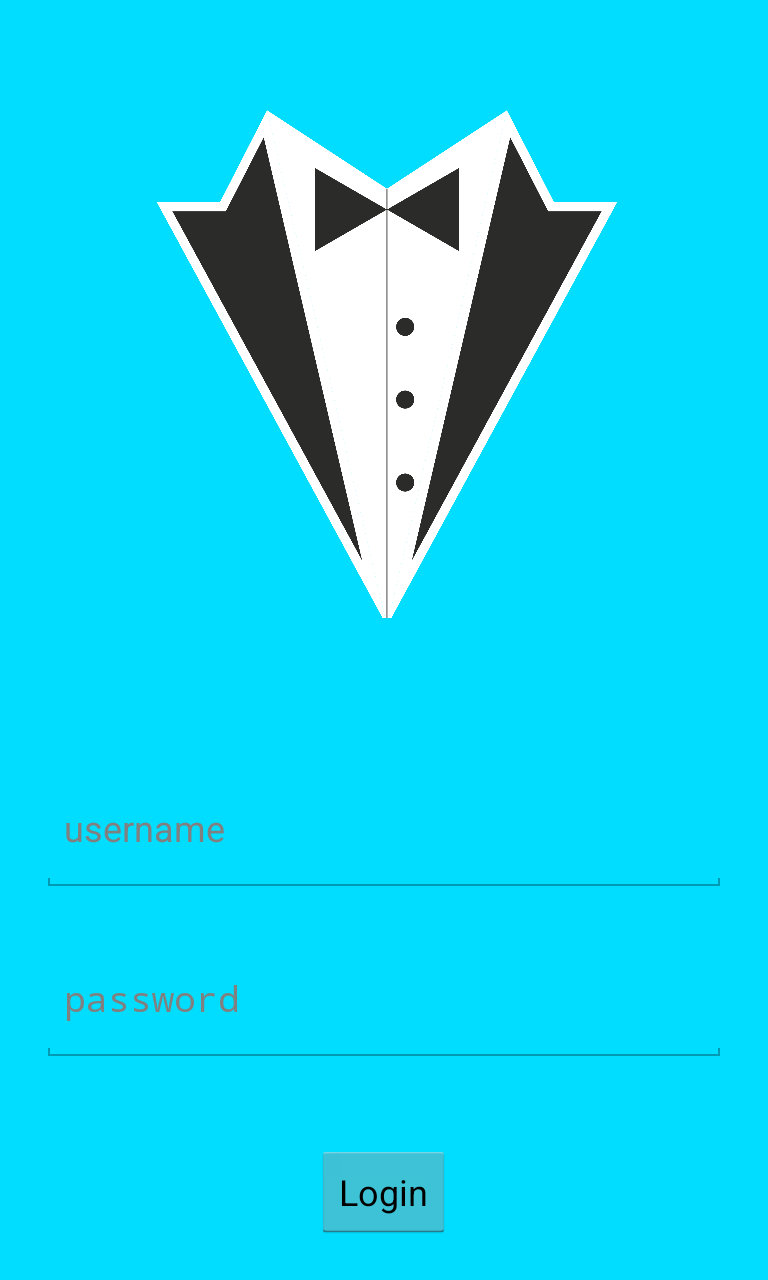
Repository: oszalex/SpryAndroid
Layout: android/Bro/res/layout/activity_main.xml
The author's editor kept a copy of each file at every save. The layout is drawn from the files as they stood at one save, then again after the next save.
It is drawn on a 768 x 1280 px phone screen (xhdpi) without system bars, with theme AppTheme; the app's code is not run.

Above is the layout before, as saved 2014-01-21 16:41:31.

### android/Bro/res/layout/activity_main.xml
<LinearLayout xmlns:android="http://schemas.android.com/apk/res/android"
    xmlns:tools="http://schemas.android.com/tools"
    android:layout_width="match_parent"
    android:layout_height="match_parent"
    android:orientation="vertical"
    android:background="@android:color/holo_blue_bright">

    <ImageView
        android:id="@+id/logo"
        android:layout_width="256dp"
        android:layout_height="256dp"
        android:layout_gravity="center_horizontal"
        android:layout_weight="2"
        android:contentDescription="@string/logo_description"
        android:src="@drawable/logo" />

    <EditText
        android:id="@+id/edit_username"
        android:layout_width="fill_parent"
        android:layout_height="12sp"
        android:layout_gravity="center_horizontal"
        android:layout_marginLeft="20dp"
        android:layout_marginRight="20dp"
        android:layout_marginTop="20dp"
        android:layout_weight="1"
        android:hint="@string/edit_username" />

    <EditText
        android:id="@+id/edit_password"
        android:layout_width="fill_parent"
        android:layout_height="12sp"
        android:layout_gravity="center_horizontal"
        android:layout_marginLeft="20dp"
        android:layout_marginRight="20dp"
        android:layout_marginTop="20dp"
        android:layout_weight="1"
        android:hint="@string/edit_password"
        android:inputType="textPassword" />

    <Button
        android:layout_width="wrap_content"
        android:layout_height="wrap_content"
        android:layout_gravity="center_horizontal"
        android:layout_marginBottom="20dp"
        android:layout_marginTop="40dp"
        android:text="@string/button_login" />

</LinearLayout>

### android/Bro/res/values/strings.xml
<?xml version="1.0" encoding="utf-8"?>
<resources>

    <string name="app_name">Bro</string>
    <string name="action_settings">Settings</string>
    <string name="edit_username">username</string>
    <string name="edit_password">password</string>
    <string name="button_login">Login</string>
    <string name="logo_description">Bro-Logo</string>

</resources>

Loaded but not shown: android/Bro/res/values/styles.xml (common file); android/Bro/res/values-v11/styles.xml (common file); android/Bro/res/values-v14/styles.xml (common file)

After the next save:
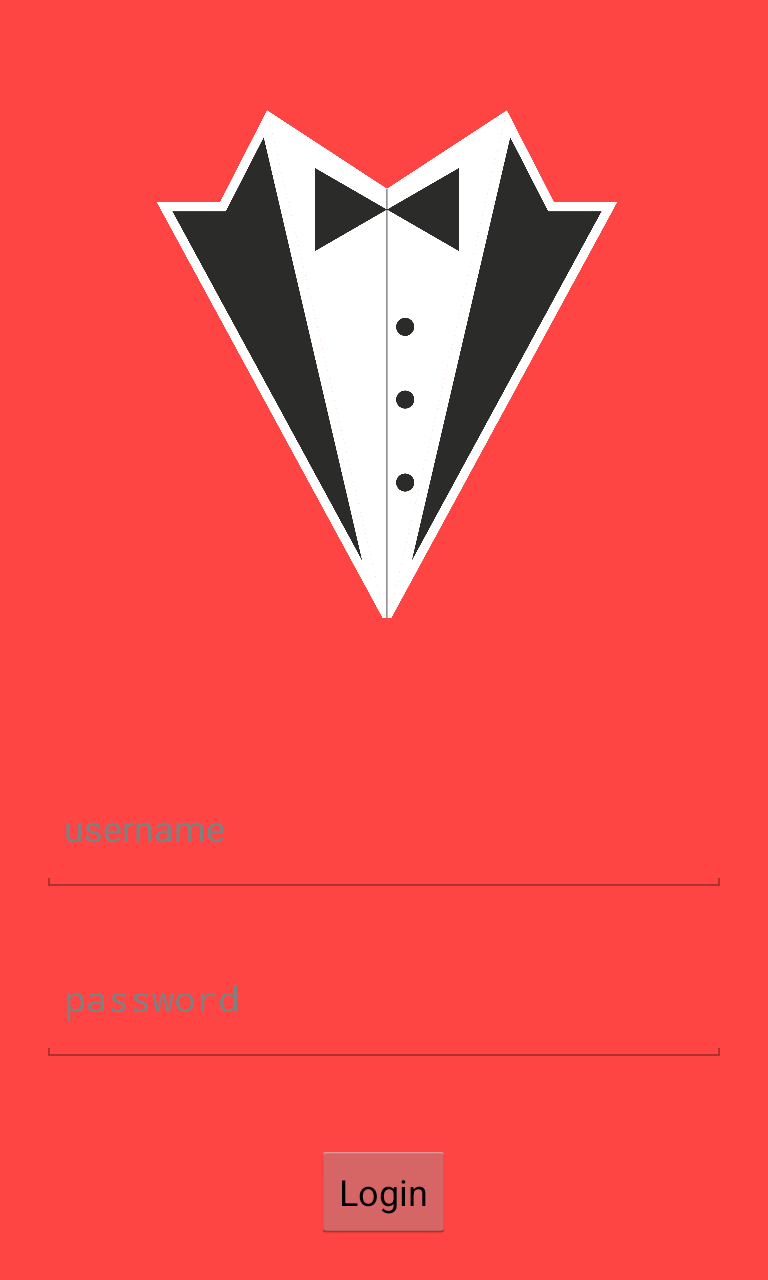
Saved 50 s later.
--- a/android/Bro/res/layout/activity_main.xml
+++ b/android/Bro/res/layout/activity_main.xml
@@ -3,7 +3,7 @@
     android:layout_width="match_parent"
     android:layout_height="match_parent"
     android:orientation="vertical"
-    android:background="@android:color/holo_blue_bright">
+    android:background="@android:color/holo_red_light">
 
     <ImageView
         android:id="@+id/logo"
